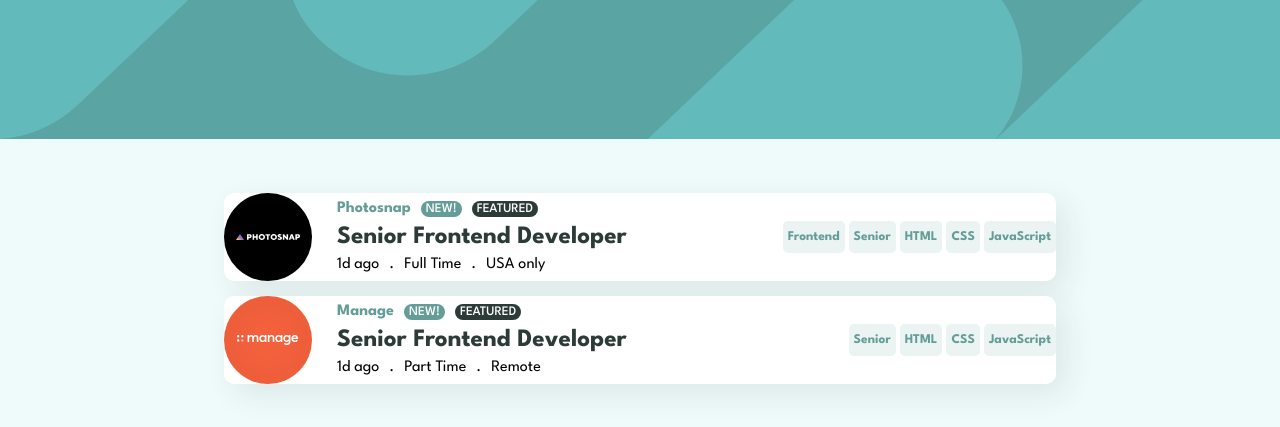
Repository: Eldream12/JobListing
Page: index.html
The author's editor kept a copy of each file at every save. The page is drawn from the files as they stood at one save, then again after the next save.
The browser window is 1280 px wide. The pictures show the whole page.

Above is the page before, as saved 2025-03-31 21:54:09.

After the next save:
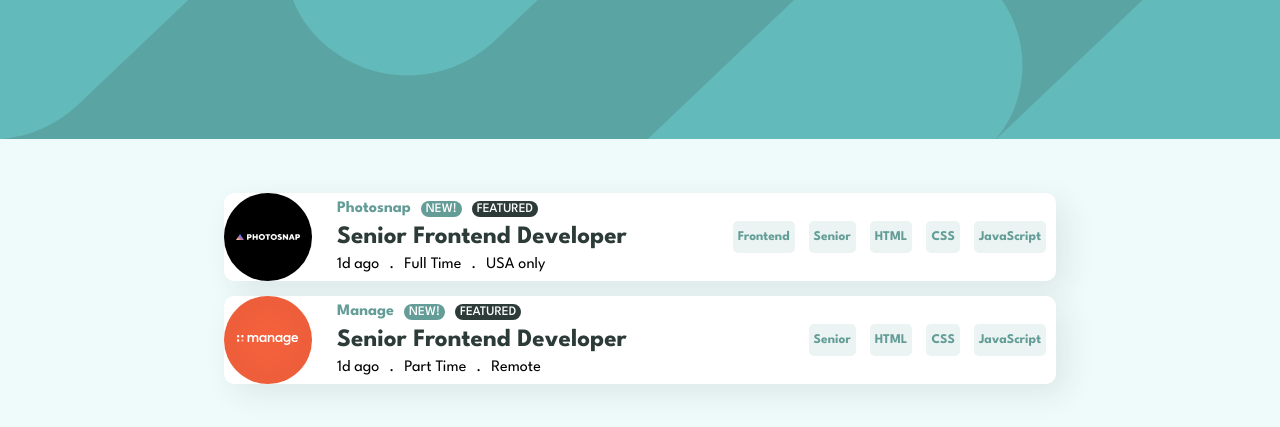
Saved 4 s later.
--- a/style/style.css
+++ b/style/style.css
@@ -55,7 +55,7 @@ header img {
 	border-radius: 5px;
 	color: #649d97;
 	font-weight: 700;
-	/* margin-right: 10px; */
+	margin-right: 10px;
 }
 
 .content .txt-1 h4 {
